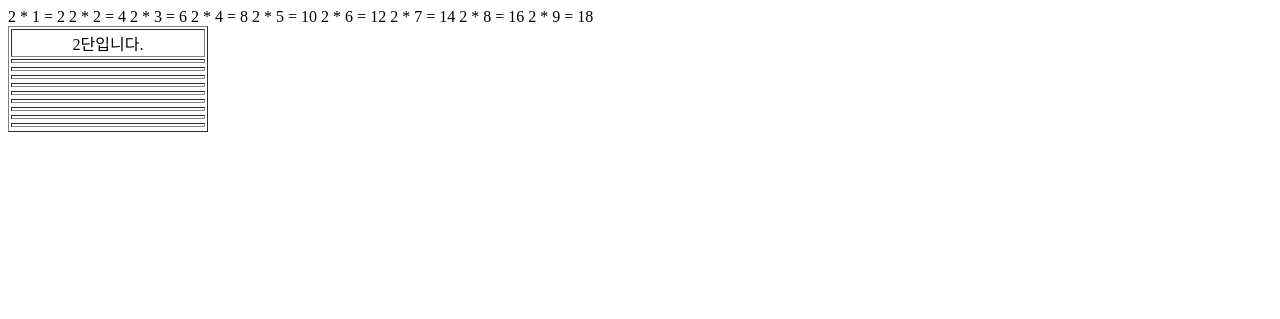
Repository: jwjb1020/Java_tomcat_jsp
Page: http://localhost/ServletStudy/gugudan1
An editor plug-in stored every save of this project. The page is shown before and after the next save, followed by the edit.
The browser window is 1280 px wide. The pictures show the whole page.
The page is served by Tomcat 9.

Above is the page before, as saved 2023-05-11 07:45:35.

After the next save:
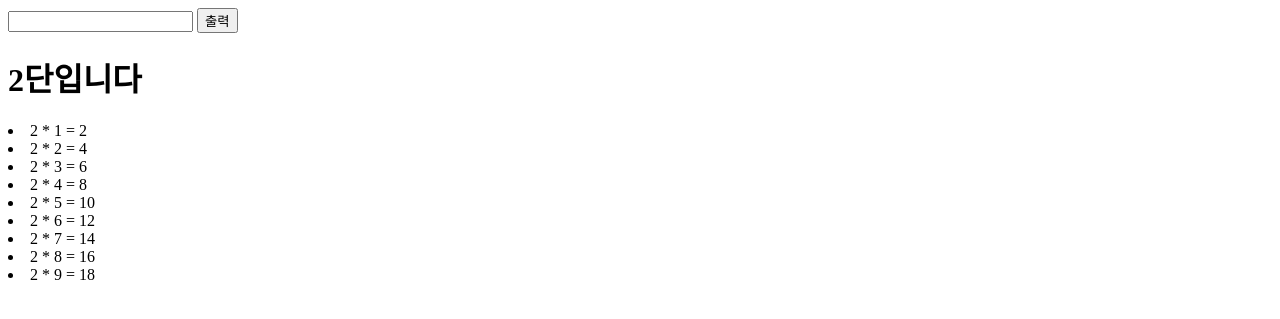
Saved 84 s later.
--- a/ServletStudy/src/main/java/edu/pnu/servlet/GugudanServelet.java
+++ b/ServletStudy/src/main/java/edu/pnu/servlet/GugudanServelet.java
@@ -21,9 +21,10 @@ public class GugudanServelet extends HttpServlet {
 		String snum = req.getParameter("num");
 		int num = 2;
 		int res = 0;
+		if(snum != null) num = Integer.parseInt(snum);
+
 		try (PrintWriter out = resp.getWriter();) {
-			if (snum != null) {
-				num = Integer.parseInt(snum);
+			if (type == null || type.equals("list")) {
 
 				System.out.println("1");
 				out.print("<input type = \"number\" id=\"numInput\"/> <button onclick=\"changeURL()\"> 출력 </button>");
